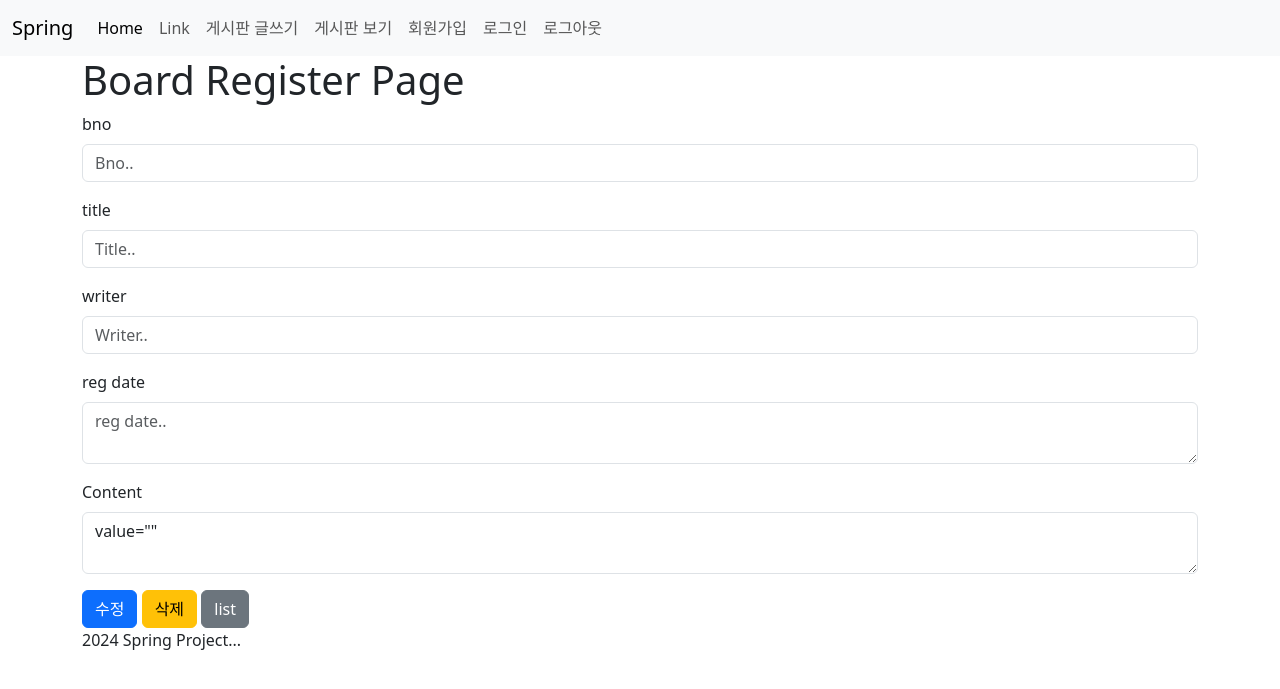
Repository: gajami-kim/240430_Spring_Study
Page: http://localhost/spring_study/WEB-INF/views/board/detail.jsp
The author's editor kept a copy of each file at every save. The page is drawn from the files as they stood at one save, then again after the next save.
The browser window is 1280 px wide. The pictures show the whole page.
The page is served by Tomcat 9. Nobody is signed in. The template is opened directly, without the code that normally fills it, so the values that code supplies are empty.

Above is the page before, as saved 2024-04-24 05:58:50.

After the next save:
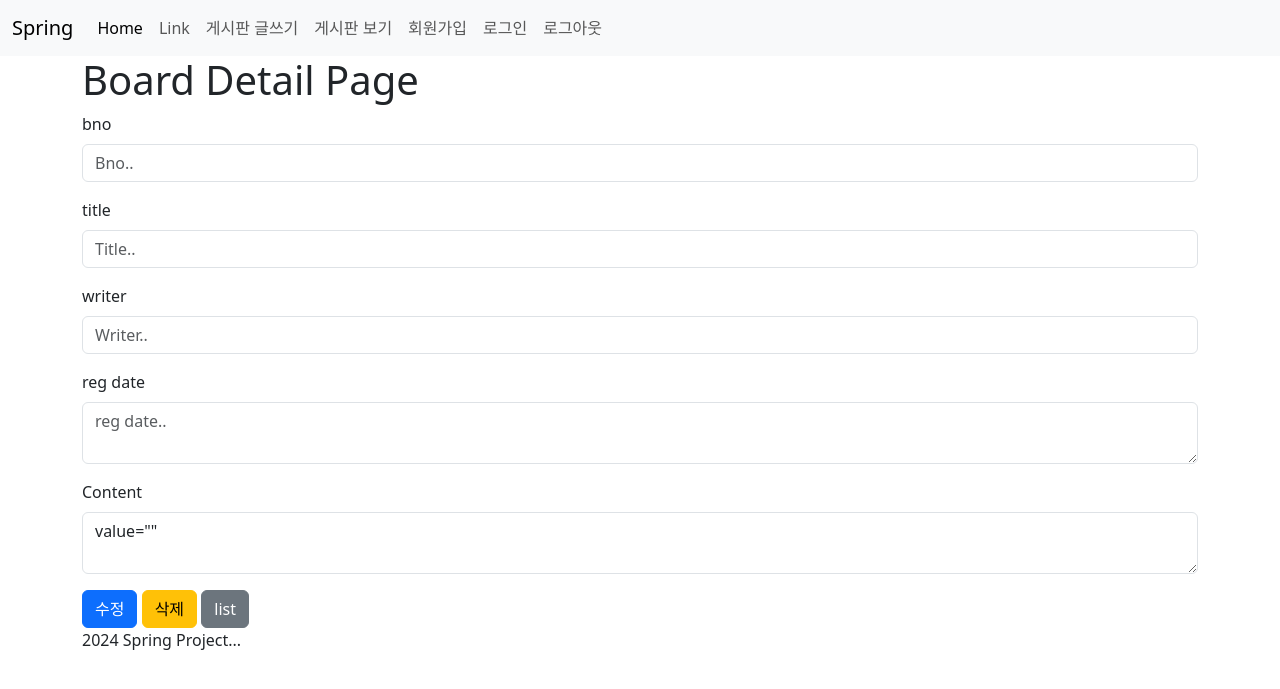
Saved 6 s later.
--- a/spring_study/src/main/webapp/WEB-INF/views/board/detail.jsp
+++ b/spring_study/src/main/webapp/WEB-INF/views/board/detail.jsp
@@ -3,7 +3,7 @@
 <jsp:include page="../layout/header.jsp" />
 
 <div class="container-sm">
-<h1>Board Register Page</h1>
+<h1>Board Detail Page</h1>
 	<div class="mb-3">
 	  <label for="n" class="form-label">bno</label>
 	  <input type="text" class="form-control" name="bno" id="n" value="${bvo.bno }" placeholder="Bno.." readonly="readonly">
